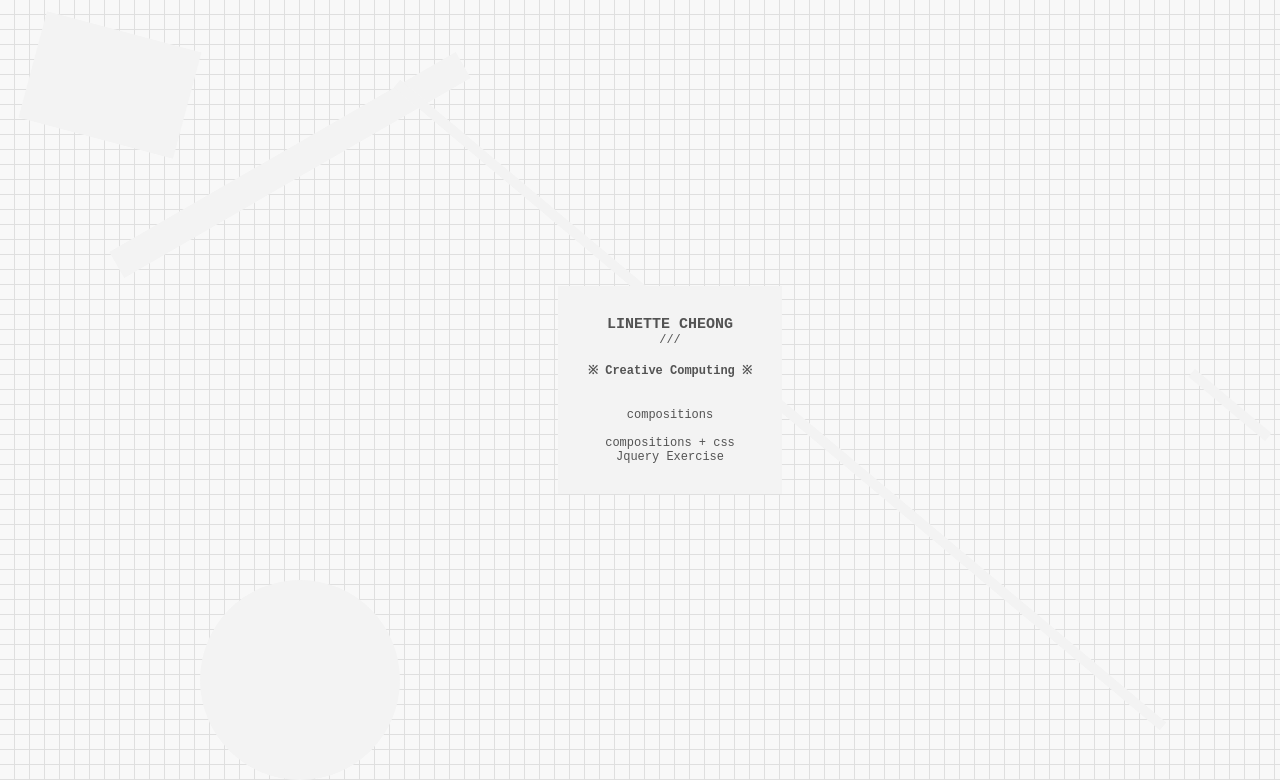
Repository: Nnetterz/Nnetterz.github.io
Page: index.html
The author's editor kept a record of every edit. The page is drawn from the files as they stood at one moment, then again after the next edit.
The browser window is 1280 px wide. The pictures show the whole page.

Above is the page before.

After the next edit:
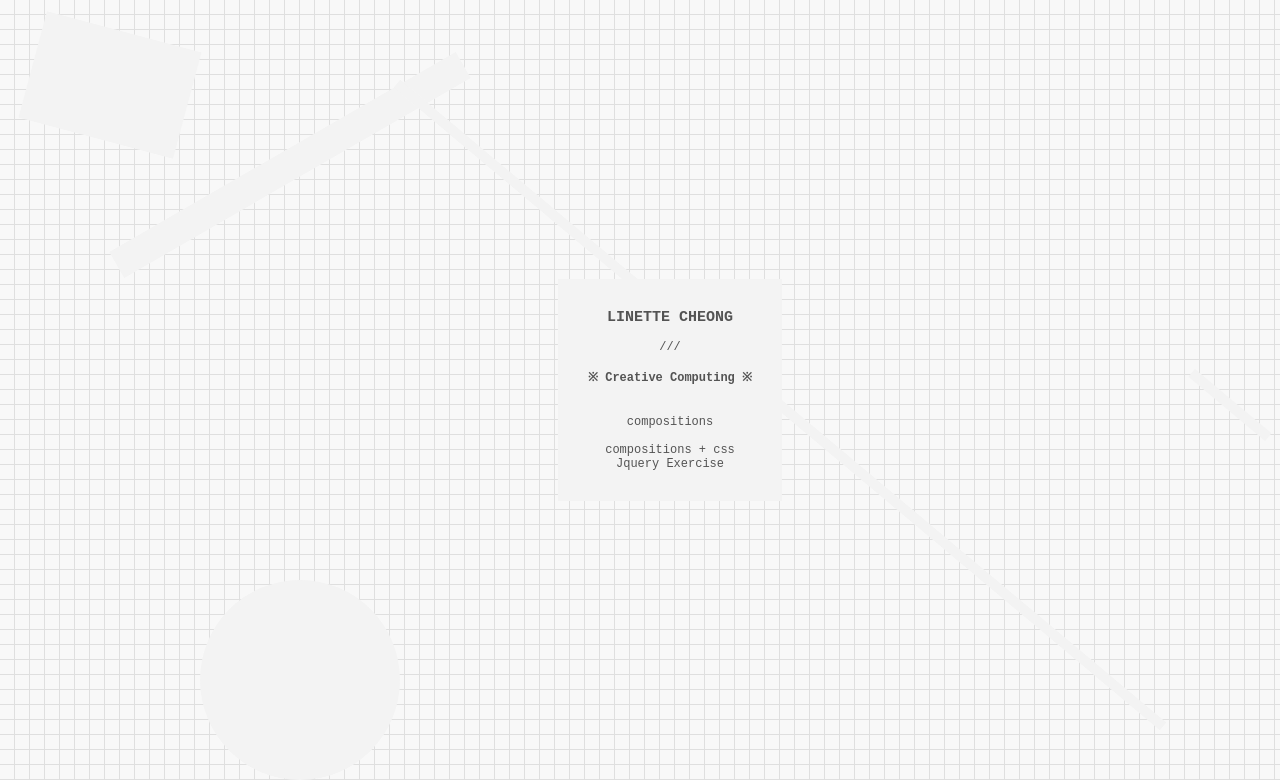
The edit:
--- a/index.html
+++ b/index.html
@@ -20,7 +20,7 @@
 
 <div class="wrapper">
     <div class="headerone">
-        <b>Linette Cheong</b><br></div>
+        <b>Linette Cheong</b><br></div><br>
     <div class="midheader">
         ///<br><br></div>
     <div class="headertwo">
